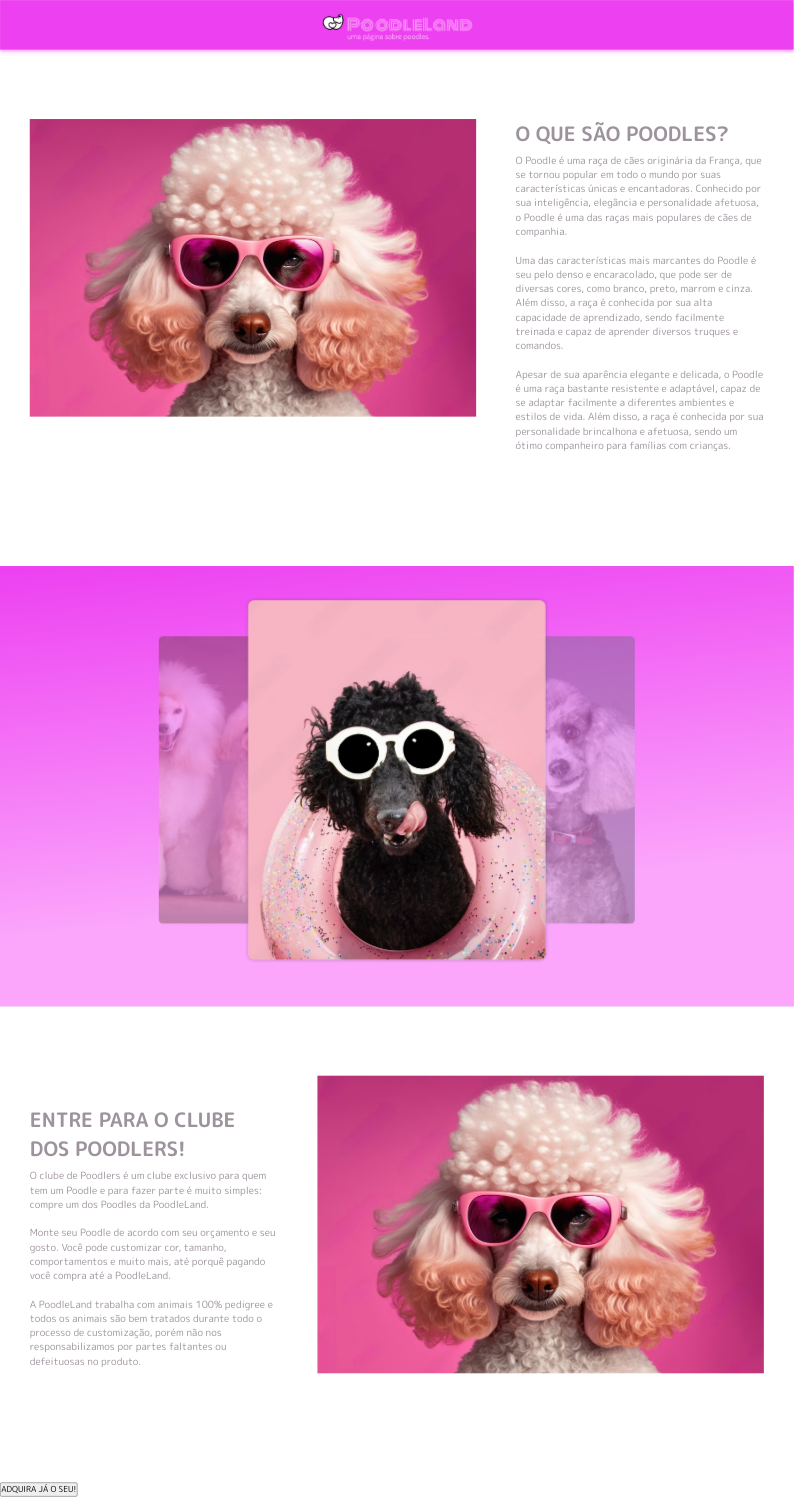
Repository: vinibalt/PoodleLand
Page: poddlelandia.html
These files come from the project's save history. The page is drawn as it stood at one moment and after a run of saves; the edit follows.
The browser window is 1280 px wide. The pictures show the whole page, at 62% of full size.

Above is the page before, as saved 2023-05-12 22:13:17.

After the next 6 saves:
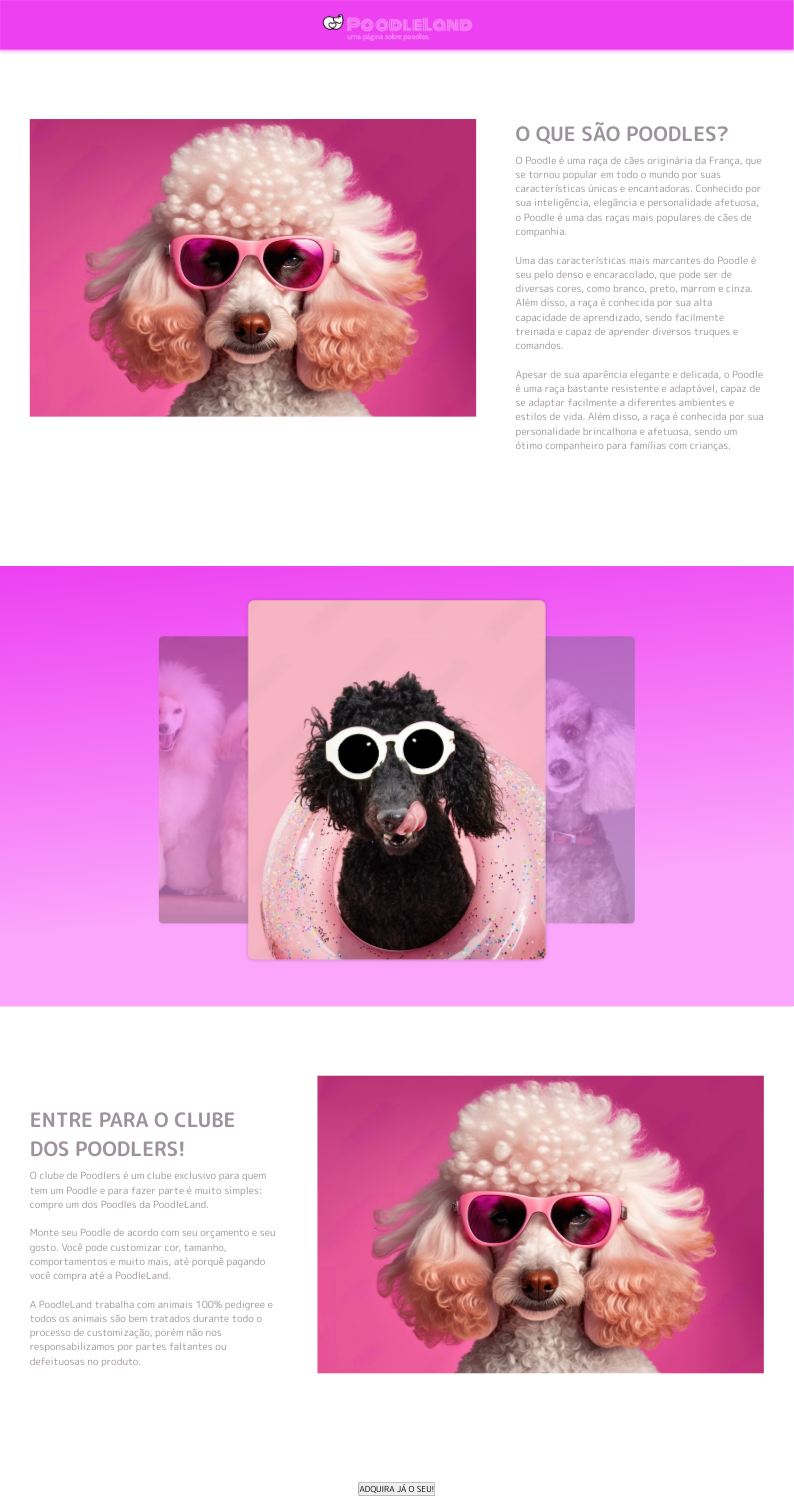
The 6 saves are shown as one change because they came seconds apart.
The last was saved 114 s later.
--- a/assets/css/styles.css
+++ b/assets/css/styles.css
@@ -86,7 +86,10 @@ body {
 }
 
 .catch {
-
+  height: ;
+  display: flex;
+  align-items: center;
+  justify-content: center
 }
 
 
